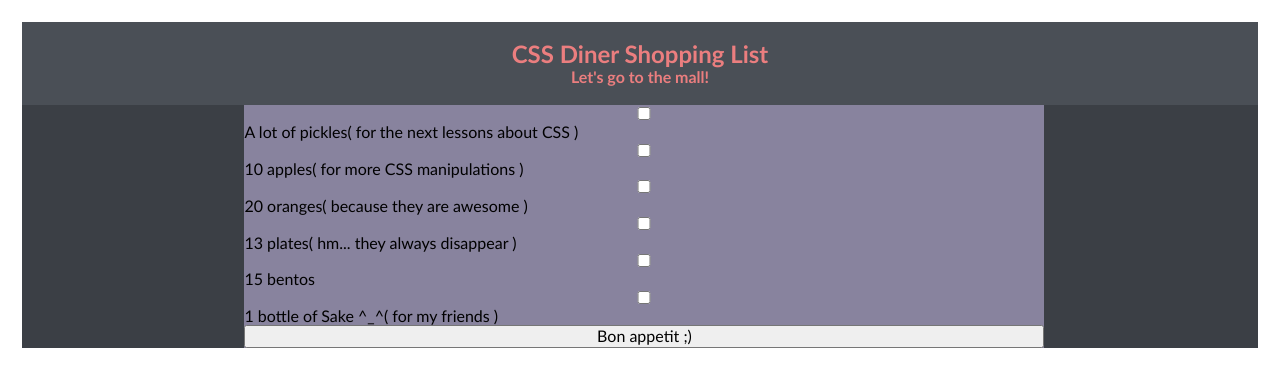
Repository: shpakovskaya/github.io
Page: selector css/shopping list/index.html
An editor plug-in stored every save of this project. The page is shown before and after the next save, followed by the edit.
The browser window is 1280 px wide. The pictures show the whole page.

Above is the page before, as saved 2021-10-25 21:58:43.

### selector css/shopping list/index.html
<!DOCTYPE html>
<html lang="en">
  <head>
    <meta charset="UTF-8" />
    <meta http-equiv="X-UA-Compatible" content="IE=edge" />
    <meta name="viewport" content="width=device-width, initial-scale=1.0" />
    <title>Shopping list</title>
    <link rel="shortcut icon" href="./favicon.ico" type="image/x-icon" />
    <link
      rel="stylesheet"
      href="https://cdnjs.cloudflare.com/ajax/libs/normalize/8.0.1/normalize.min.css"
      integrity="sha512-NhSC1YmyruXifcj/KFRWoC561YpHpc5Jtzgvbuzx5VozKpWvQ+4nXhPdFgmx8xqexRcpAglTj9sIBWINXa8x5w=="
      crossorigin="anonymous"
      referrerpolicy="no-referrer"
    />
    <link rel="stylesheet" href="./style.css" />
  </head>
  <body>
    <div class="container">
      <header class="header">
        <header class="header__wrapper">
          <br />
          <h2>CSS Diner Shopping List</h2>
          <h4>Let's go to the mall!</h4>
          <br />
        </header>
      </header>
      <div class="list">
        <form class="list__wrapper">
          <div>
            <input type="checkbox" id="pickles" name="pickles" />
            <label for="pickles">
              <span class="e-pickles">A lot of pickles</span></label
            >
          </div>
          <div>
            <input type="checkbox" id="apples" name="apples" />
            <label for="apples">
              <span class="e-apples">10 apples</span>
            </label>
          </div>
          <div>
            <input type="checkbox" id="oranges" name="oranges" />
            <label for="oranges"
              ><span class="e-oranges">20 oranges</span>
            </label>
          </div>
          <div>
            <input type="checkbox" id="plates" name="plates" />
            <label for="plates"><span class="e-plates">13 plates</span></label>
          </div>
          <div>
            <input type="checkbox" id="bentos" name="bentos" />
            <label for="bentos"><span class="e-bentos">15 bentos</span></label>
          </div>
          <div>
            <input type="checkbox" id="bottle" name="bottle" />
            <label for="bottle"
              ><span class="e-bottle">1 bottle of Sake ^_^</span></label
            >
          </div>
          <div class="submit">
            <input type="submit" class="bon" value="Bon appetit ;)" />
          </div>
        </form>
      </div>
    </div>
  </body>
</html>

### selector css/shopping list/style.css
* {
  margin: 0;
  padding: 0;
  box-sizing: border-box;
  width: 100%;
  transition: all 0.1s ease-in;
}

.container {
  width: 100%;
  max-width: 1920px;
  height: 100%;
  box-sizing: border-box;
  background: #3b3f45;
  border: #ffff solid 22px;
  font-family: "Trebuchet MS", Arial, sans-serif;
}
.header__wrapper {
  width: 100%;
  height: 20%;
  color: #eb7e7f;
  background: #4a4f56;
  text-align: center;
}
.list__wrapper {
  box-sizing: border-box;
  width: 800px;
  background-color: #88839e;
  position: relative;
  left: 18%;
  display: block;
  justify-items: left;
}

.list__wrapper label {
  white-space: nowrap;
}

.e-pickles::after {
  content: "( for the next lessons about CSS )";
  font-size: 16px;
}

.e-apples::after {
  content: "( for more CSS manipulations )";
  font-size: 16px;
}

.e-oranges::after {
  content: "( because they are awesome )";
  font-size: 16px;
}

.e-plates::after {
  content: "( hm... they always disappear )";
  font-size: 16px;
}

.e-bottle::after {
  content: "( for my friends )";
  font-size: 16px;
}

.e-pickles::before {
  content: normal;
}

.footer {
  width: 100%;
  max-width: 1920px;
  box-sizing: border-box;
  background: #4a4f56;
}

After the next save:
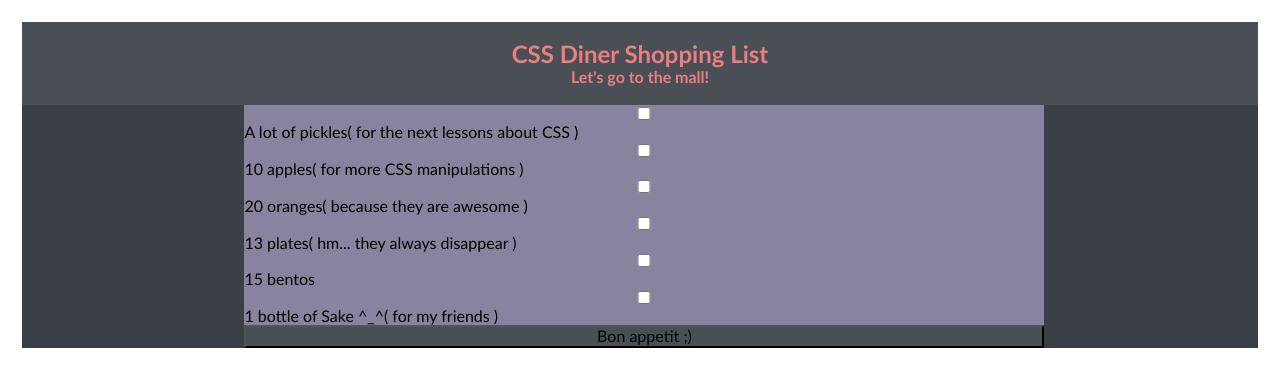
Saved 13 s later.
--- a/selector css/shopping list/style.css
+++ b/selector css/shopping list/style.css
@@ -65,7 +65,7 @@
   content: normal;
 }
 
-.footer {
+.bon {
   width: 100%;
   max-width: 1920px;
   box-sizing: border-box;
